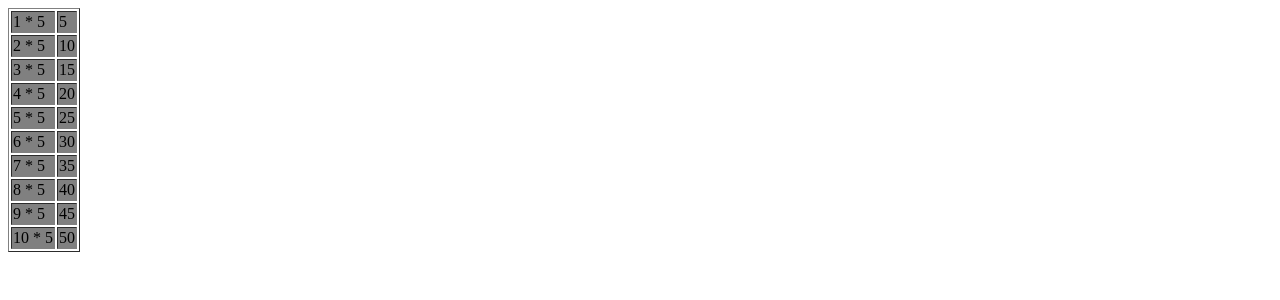
Repository: pedroblanch/ejerciciosPhp2021-2022
Page: http://localhost/tabla_multiplicar_3.php
The author's editor kept a copy of each file at every save. The page is drawn from the files as they stood at one save, then again after the next save.
The browser window is 1280 px wide. The pictures show the whole page.
The page is run by PHP 8.4 with error messages shown; the project is at /var/www/html/.

Above is the page before, as saved 2021-12-17 12:36:23.

After the next save:
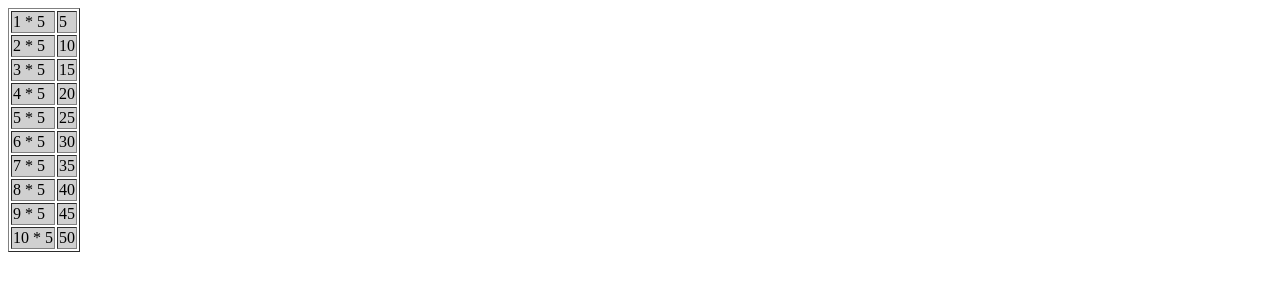
Saved 65 s later.
--- a/ejerciciosBasicos/tabla_multiplicar_3.php
+++ b/ejerciciosBasicos/tabla_multiplicar_3.php
@@ -2,7 +2,7 @@
 <?php
 for($i=1;$i<=10;$i++){
   $resultado=$i*5;
-  echo("<tr style='background-color:grey'><td>$i * 5</td><td>$resultado</td></tr>");
+  echo("<tr style='background-color: #d0d0d0'><td>$i * 5</td><td>$resultado</td></tr>");
 }
 ?>
 </table>
